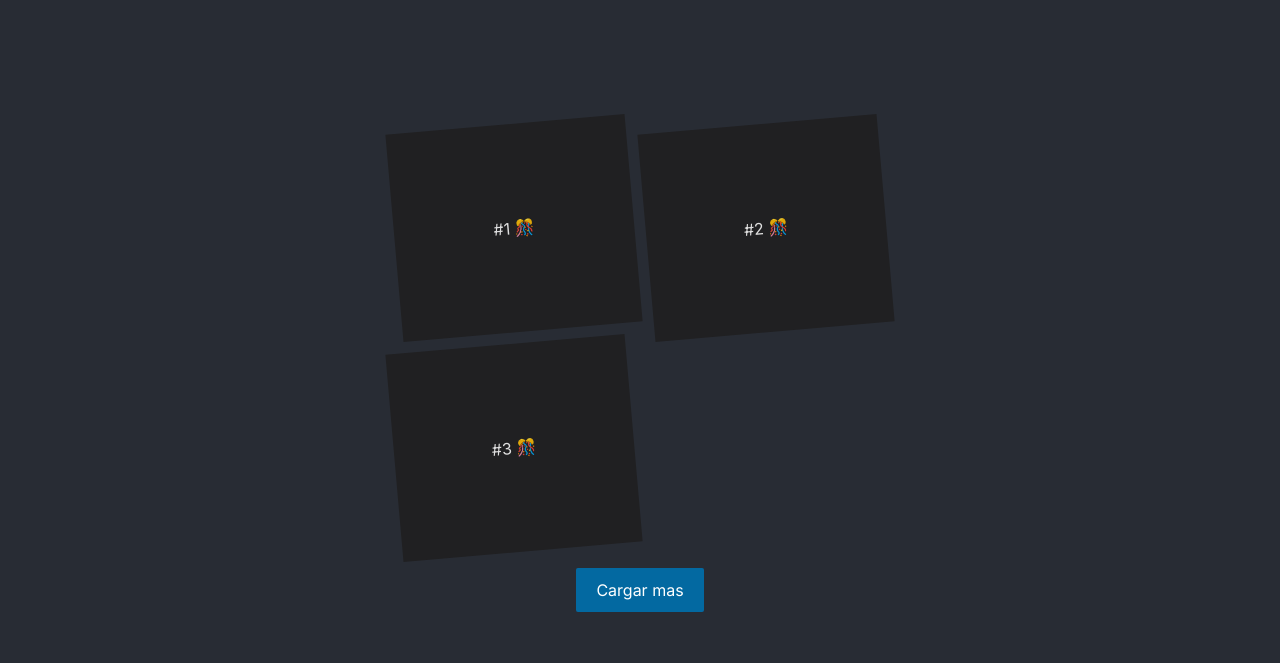
Repository: devsecops-node/simple-play
Page: /recomendations
The author's editor kept a copy of each file at every save. The page is drawn from the files as they stood at one save, then again after the next save.
The browser window is 1280 px wide. The pictures show the whole page.
The project was rebuilt for these pictures with package versions that can differ from the ones it lists, and the page was loaded fresh each time. The framework's server and built-in components were replaced by stand-ins that run in the browser. Also part of the build but not shown: next.config.mjs.

Above is the page before, as saved 2024-06-21 19:46:45.

After the next save:
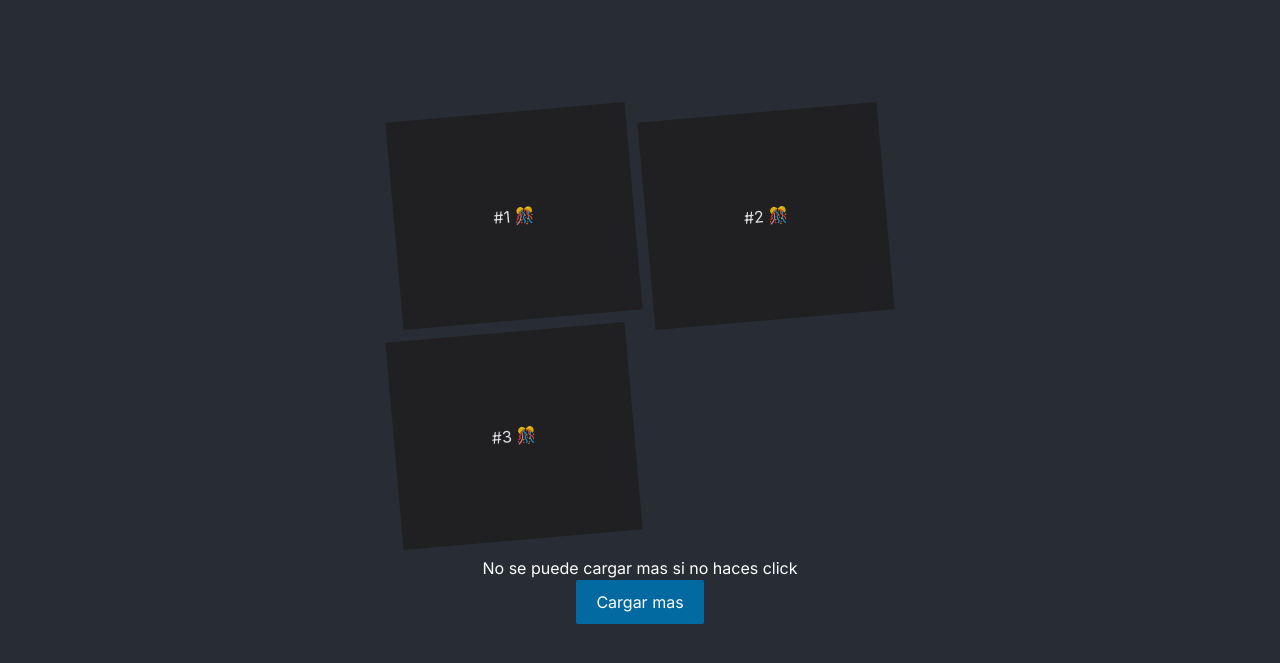
Saved 3 min 33 s later.
--- a/src/app/recomendations/page.tsx
+++ b/src/app/recomendations/page.tsx
@@ -42,6 +42,7 @@
         </div>
 
       </div>
+      <p className='self-center z-10'>No se puede cargar mas si no haces click</p>
       <button
         onMouseEnter={() => rightMove()}
         onTouchStart={() => rightMove()}

After the save that followed:
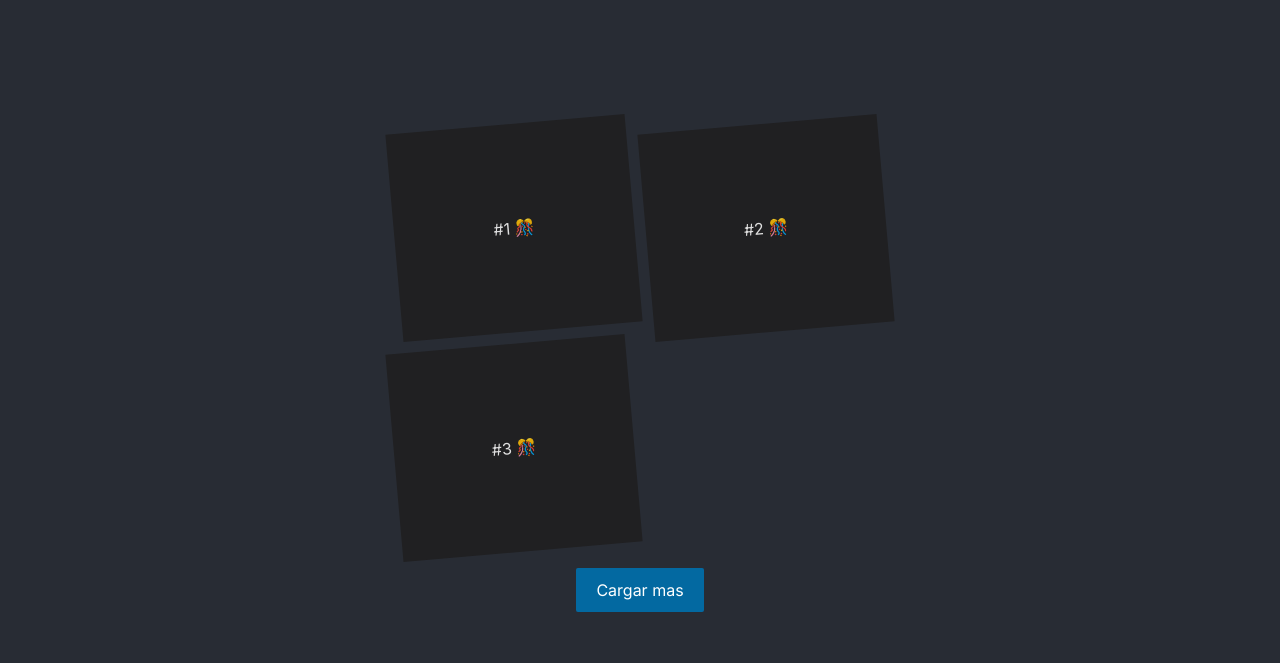
Saved 56 s later.
--- a/src/app/recomendations/page.tsx
+++ b/src/app/recomendations/page.tsx
@@ -42,7 +42,7 @@
         </div>
 
       </div>
-      <p className='self-center z-10'>No se puede cargar mas si no haces click</p>
+      <p className={`self-center z-10 transition-all duration-150 ${count%3 ? 'block' : 'hidden'}`}>No se puede cargar mas si no haces click</p>
       <button
         onMouseEnter={() => rightMove()}
         onTouchStart={() => rightMove()}
